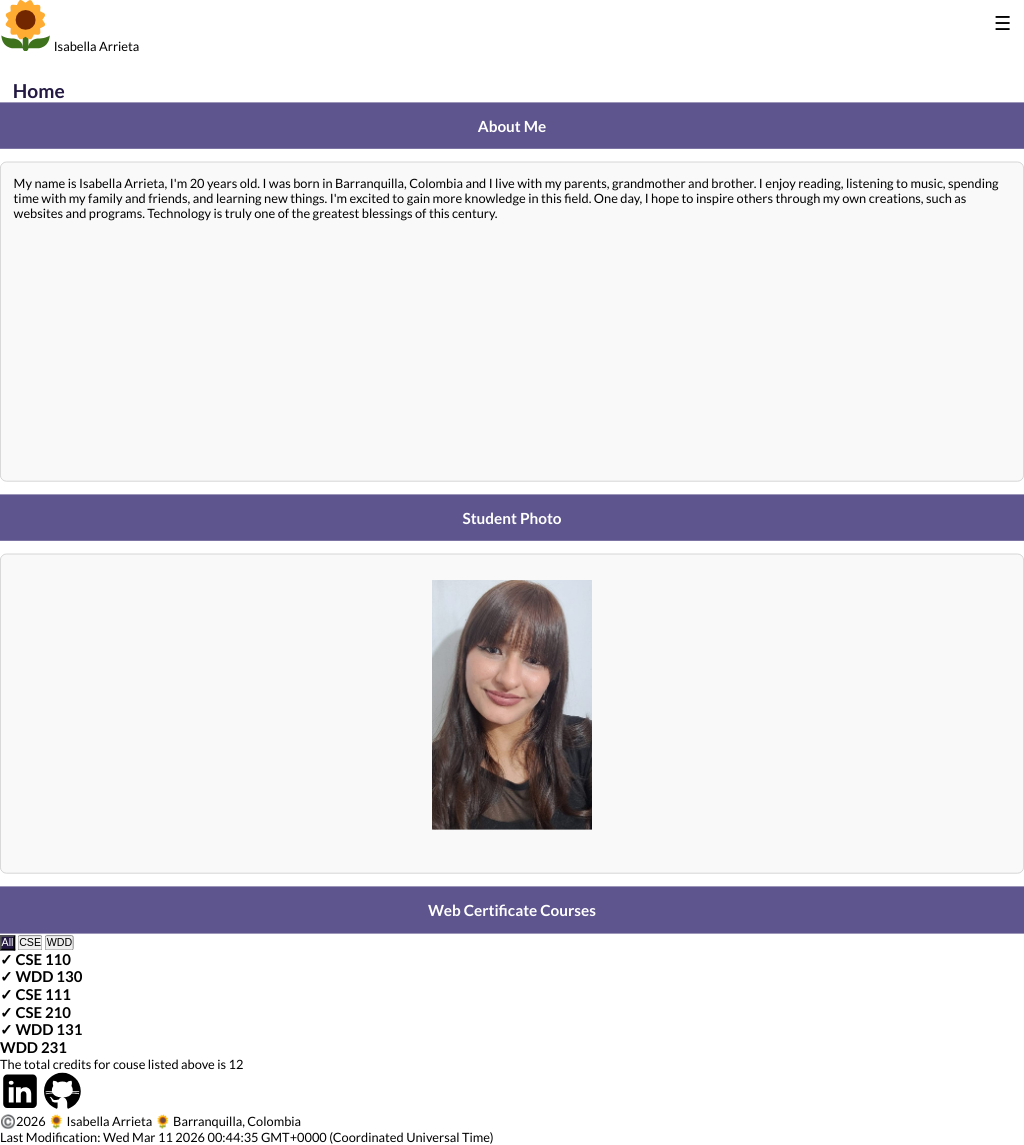
Repository: isaAJ05/wdd231
Page: index.html
An editor plug-in stored every save of this project. The page is shown before and after the next save, followed by the edit.
The browser window is 1280 px wide. The pictures show the whole page, at 80% of full size.
Some web fonts or font styles are not loaded; a fallback is used.

Above is the page before, as saved 2026-03-11 00:50:24.

After the next save:
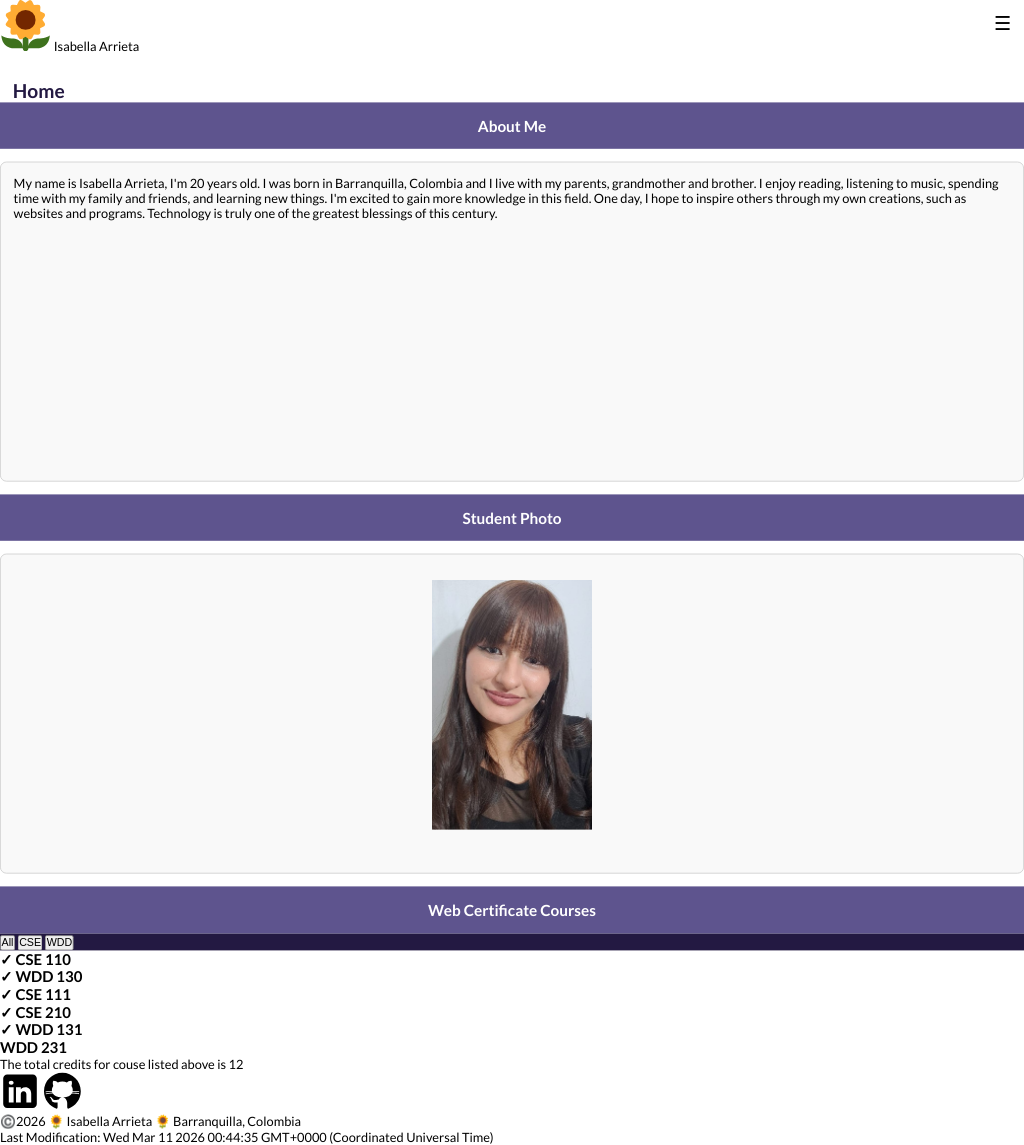
Saved 15 s later.
--- a/styles/normalize.css
+++ b/styles/normalize.css
@@ -104,7 +104,7 @@
 	display: block;
 	margin: 1rem auto;
 }
-.course-buttons #all {
+.course-buttons {
 	background-color: var(--primary-color);
 	color: #fff;{
 

After the 2 saves that followed:
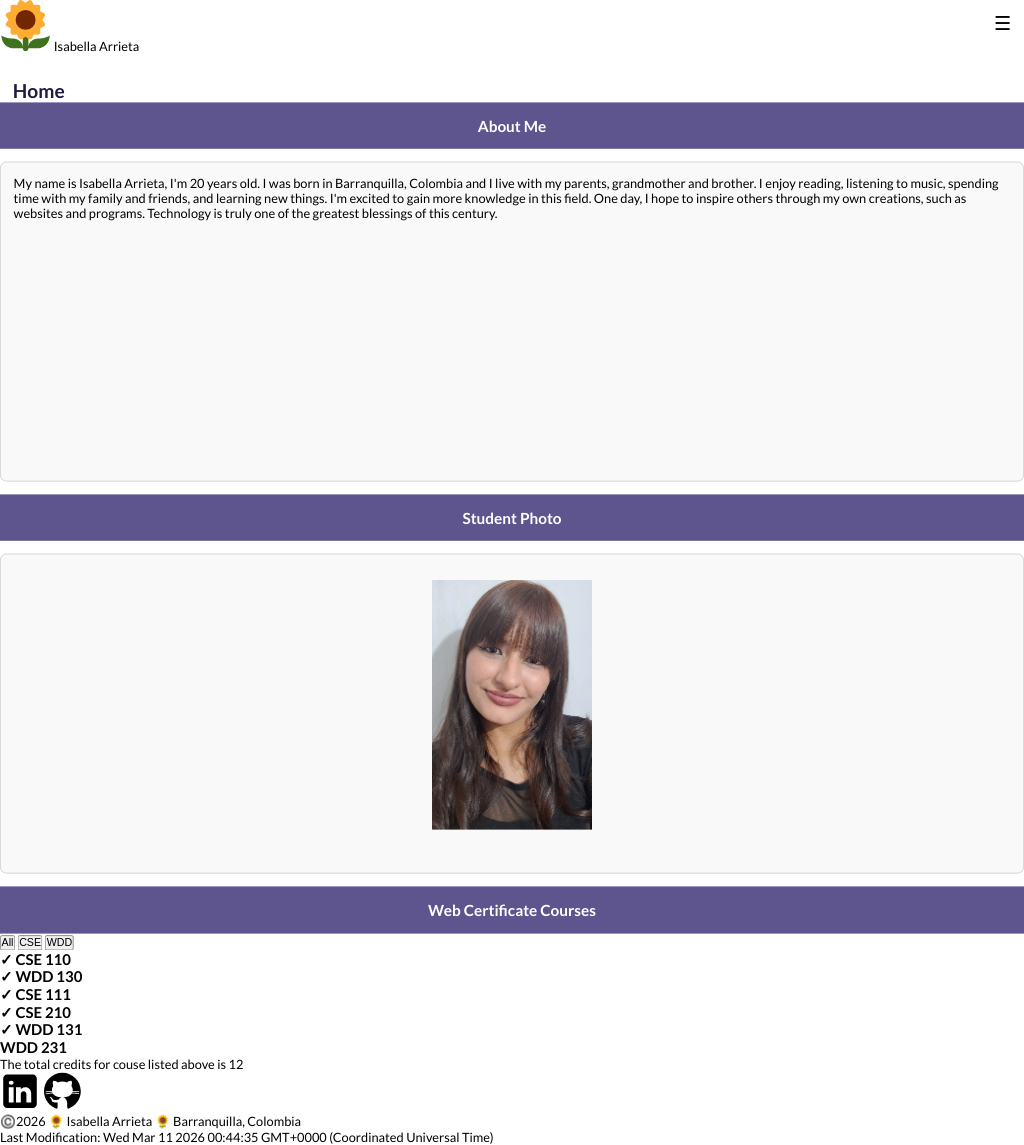
The 2 saves are shown as one change because 1 left the picture as it was.
The last was saved 11 s later.
--- a/styles/normalize.css
+++ b/styles/normalize.css
@@ -104,7 +104,7 @@
 	display: block;
 	margin: 1rem auto;
 }
-.course-buttons {
+.course-buttons #all # {
 	background-color: var(--primary-color);
 	color: #fff;{
 
